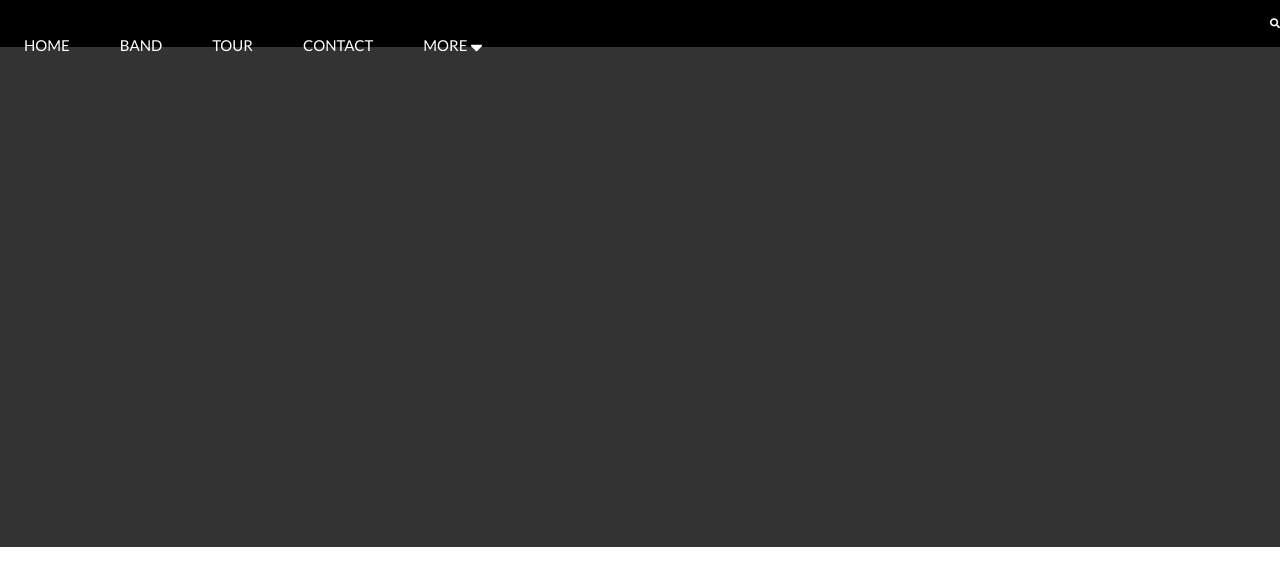
Repository: nguyenthaicong265/w3-band
Page: index.html
An editor plug-in stored every save of this project. The page is shown before and after the next save, followed by the edit.
The browser window is 1280 px wide. The pictures show the whole page.

Above is the page before, as saved 2021-12-28 11:23:59.

### index.html
<!DOCTYPE html>
<html lang="en">
<head>
    <meta charset="UTF-8">
    <meta http-equiv="X-UA-Compatible" content="IE=edge">
    <meta name="viewport" content="width=device-width, initial-scale=1.0">
    <title>Document</title>
    <link rel="stylesheet" href="./assets/css/styles.css">
    <link rel="stylesheet" href="https://fonts.googleapis.com/css?family=Lato">
    <link rel="stylesheet" href="./assets/font/themify-icons-font/themify-icons/themify-icons.css">
    <link rel="stylesheet" href="./assets/font/fontawesome-free-5.15.4-web/css/all.css">
</head>
<body>
    <div id="main">
        <div id="header">
            <ul id="nav">
                <li><a href="">Home</a></li>
                <li><a href="">Band</a></li>
                <li><a href="">Tour</a></li>
                <li><a href="">Contact</a></li>
                <li>
                    <a href="#">
                        More
                        <i class="fas fa-sort-down"></i>
                    </a>
                    <ul class="subnav">
                        <li><a href="#">Merchandise</a></li>
                        <li><a href="#">Extras</a></li>
                        <li><a href="#">Media</a></li>
                    </ul>
                </li>
            </ul>
            <div class="search-button">
                <i class="fas fa-search"></i>
            </div>
        </div>

        <div id="slider">

        </div>

        <div id="content">

        </div>

        <div id="footer">

        </div>
    </div>
</body>
</html>

### assets/css/styles.css
/* Reset CSS */
* {
    padding: 0;
    margin: 0;
    box-sizing: border-box;
}

html {
    font-family: "Lato", sans-serif;
    font-size: 62.5%;
}

#main {

}

#header {
    height: 46.5px;
    background-color: #000000;

}

#header .search-button {
    float: right;
}

#header .fa-search {
    color: #ffffff;
    line-height: 46px;
}

#nav, .subnav {
    display: inline-block;
    list-style-type: none;
}

#nav > li {
    display: inline-block;
}

#nav li {
    position: relative;
}

#nav > li > a {
    color: #ffffff;
    text-transform: uppercase;
}

#nav li a {
    text-decoration: none;
    line-height: 46.5px;
    padding: 0px 24px;
    font-size: 1.5rem;
    display: block;
}

#nav .fa-sort-down {
    display: inline-block;
    line-height: 88px;
    font-size: 20px;
}

#nav li:hover .subnav {
    display: block;

}

#nav > li:hover > a,
#nav .subnav li:hover a {
    color: #000 !important;
    background-color: #ccc !important;
}

#nav .subnav {
    display: none;
    position: absolute;
    min-width: 160px;
    top: 46.5px;
    background-color: #ffffff;
    box-shadow: 0 0 10px rgba(0, 0, 0, 0.3);
}

#nav .subnav a {
    color: #000;
    padding: 0 12px;
    line-height: 38px;
}

#slider {
    min-height: 500px;
    background-color: #333;
}

#content {

}

#footer {

}

Loaded but not shown: assets/font/themify-icons-font/themify-icons/themify-icons.css (common file); assets/font/fontawesome-free-5.15.4-web/css/all.css (library)

After the next save:
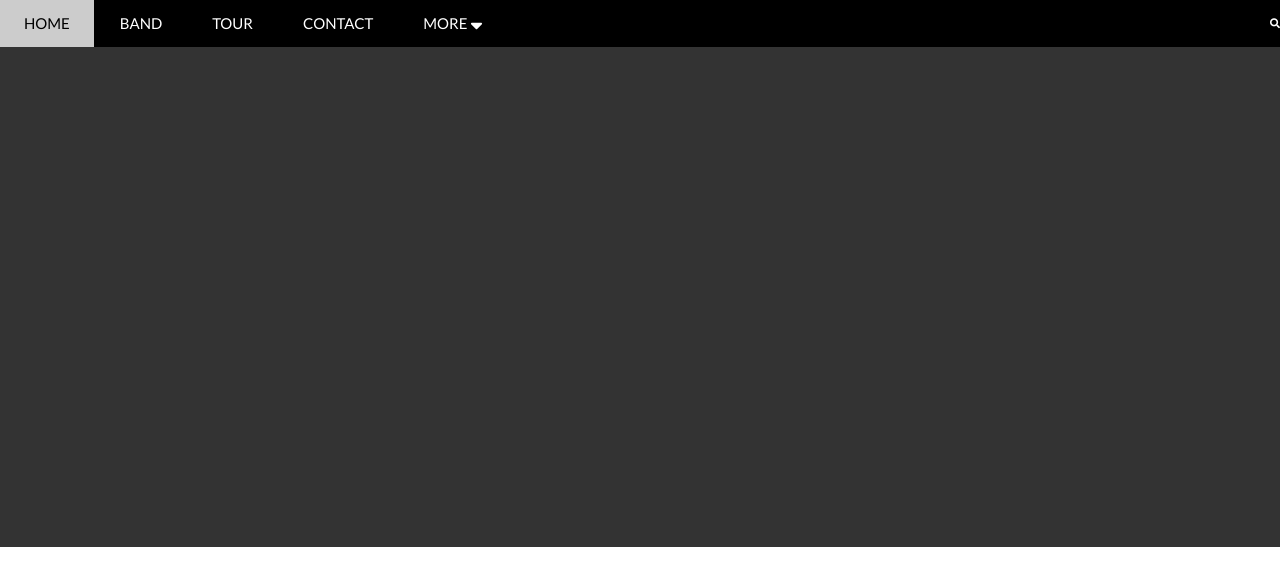
Saved 5 s later.
--- a/assets/css/styles.css
+++ b/assets/css/styles.css
@@ -56,8 +56,6 @@ html {
 }
 
 #nav .fa-sort-down {
-    display: inline-block;
-    line-height: 88px;
     font-size: 20px;
 }
 
